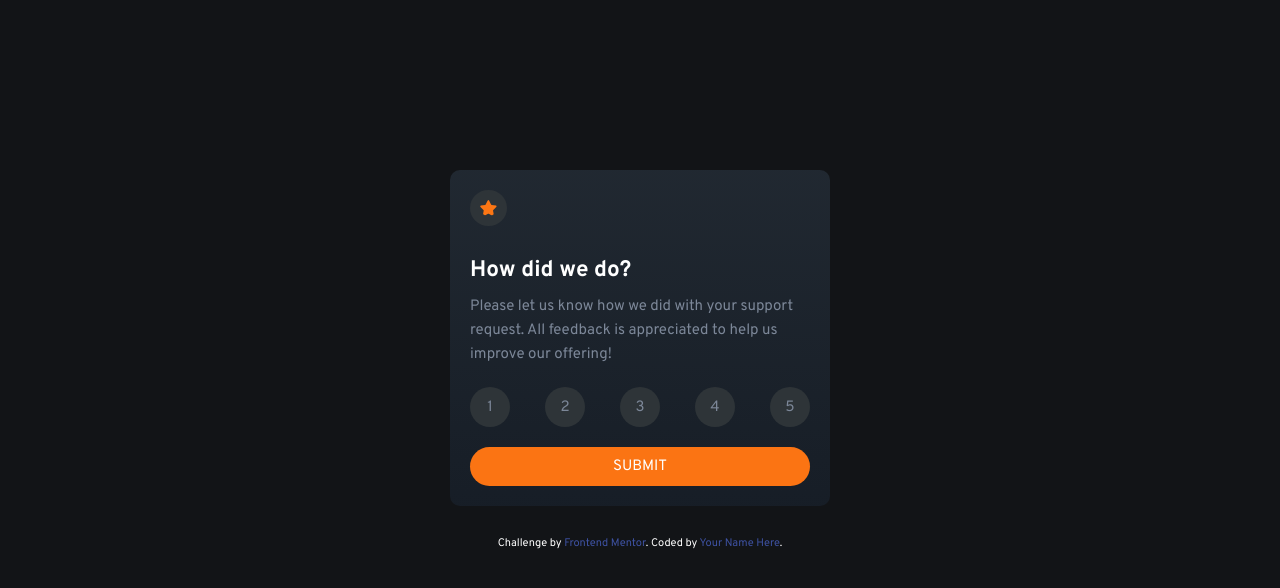
Repository: huynhnhutanhduy/interactive-rating-component
Page: index.html
These files come from the project's save history. The page is drawn as it stood at one moment and after the next save; the edit follows.
The browser window is 1280 px wide. The pictures show the whole page.

Above is the page before, as saved 2022-10-19 11:50:40.

After the next save:
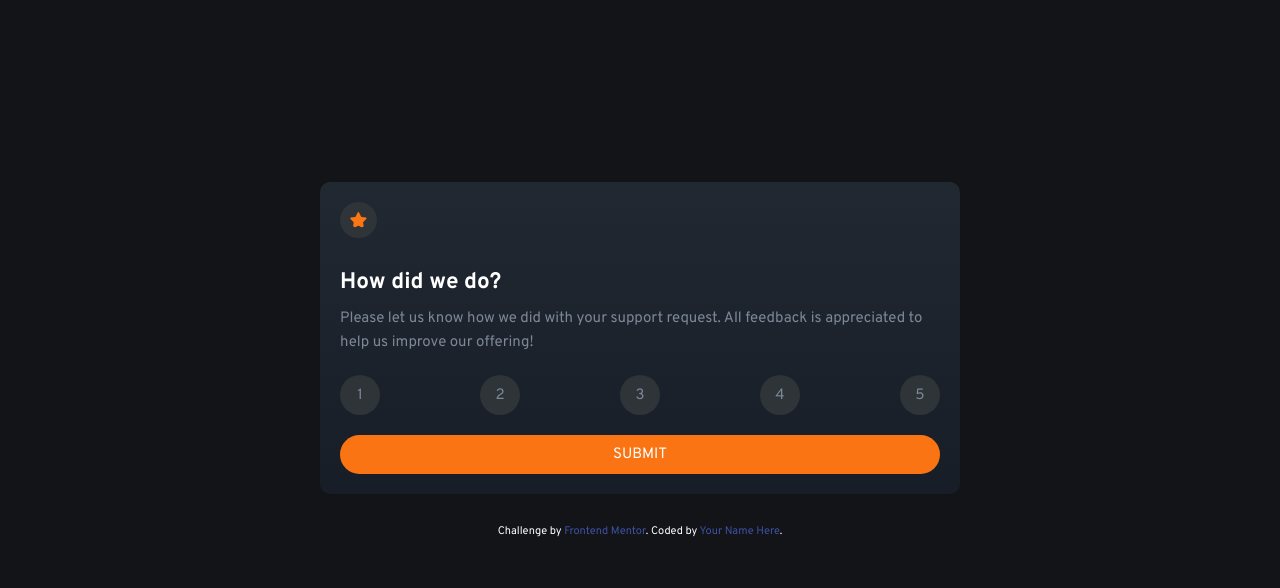
Saved 105 s later.
--- a/app.css
+++ b/app.css
@@ -63,7 +63,7 @@
   color: var(--white);
 }
 .rating-container {
-  max-width: 38rem;
+  width: 100%;
   background-image: linear-gradient(to top, hsl(214, 26%, 12%), hsl(212, 20%, 16%));
   padding: 2rem;
   border-radius: 1rem;
@@ -133,15 +133,12 @@
   background-color: var(--white);
   color: var(--primary);
 }
-/* .is-show {
-  display: block;
-}
-.is-hide {
-  display: none;
-} */
 .card {
   display: block;
 }
 .thank-you {
   display: none;
 }
+@media screen and (min-width: 768px) {
+  max-width: 38rem;
+}

After the save that followed:
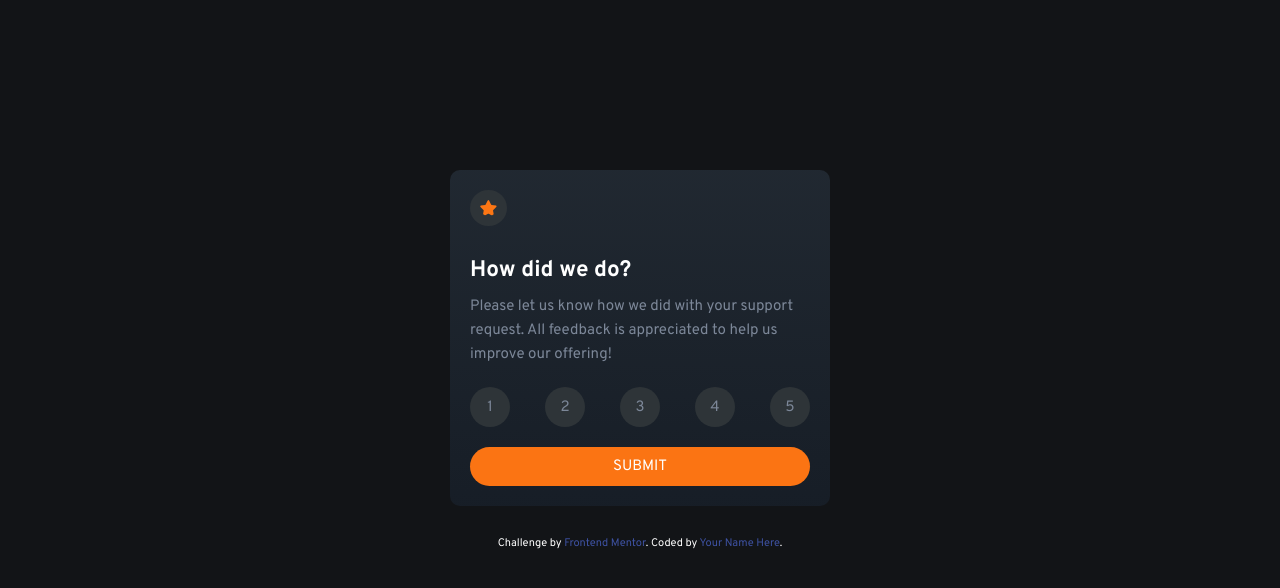
Saved 6 s later.
--- a/app.css
+++ b/app.css
@@ -140,5 +140,7 @@
   display: none;
 }
 @media screen and (min-width: 768px) {
-  max-width: 38rem;
+  .rating-container {
+    max-width: 38rem;
+  }
 }
